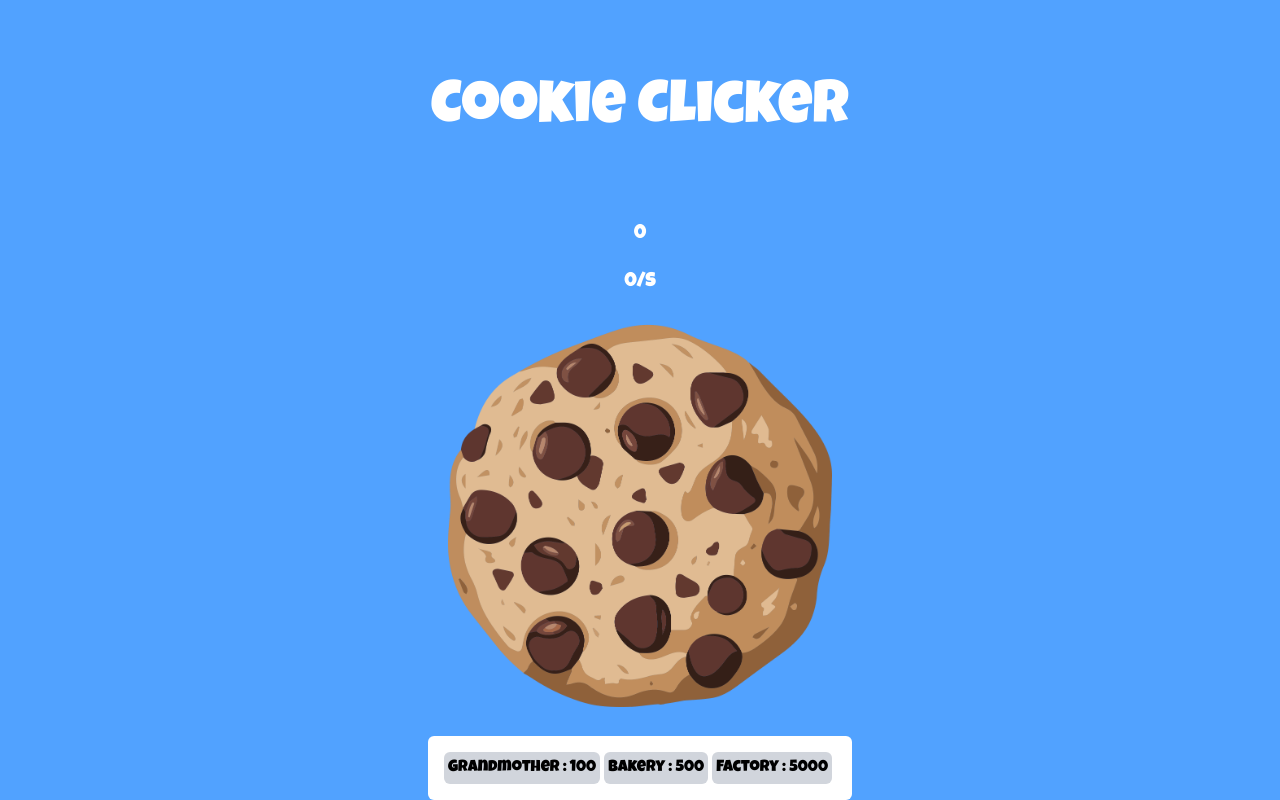
Repository: Cozmoss/cookie_clicker
Page: /
An editor plug-in stored every save of this project. The page is shown before and after a run of saves, followed by the edit.
The browser window is 1280 px wide. The pictures show the whole page.
The project was rebuilt for these pictures with package versions that can differ from the ones it lists, and the page was loaded fresh each time. Also part of the build but not shown: vite.config.js, src/App.css.

Above is the page before, as saved 2026-04-24 15:40:32.

After the next 4 saves:
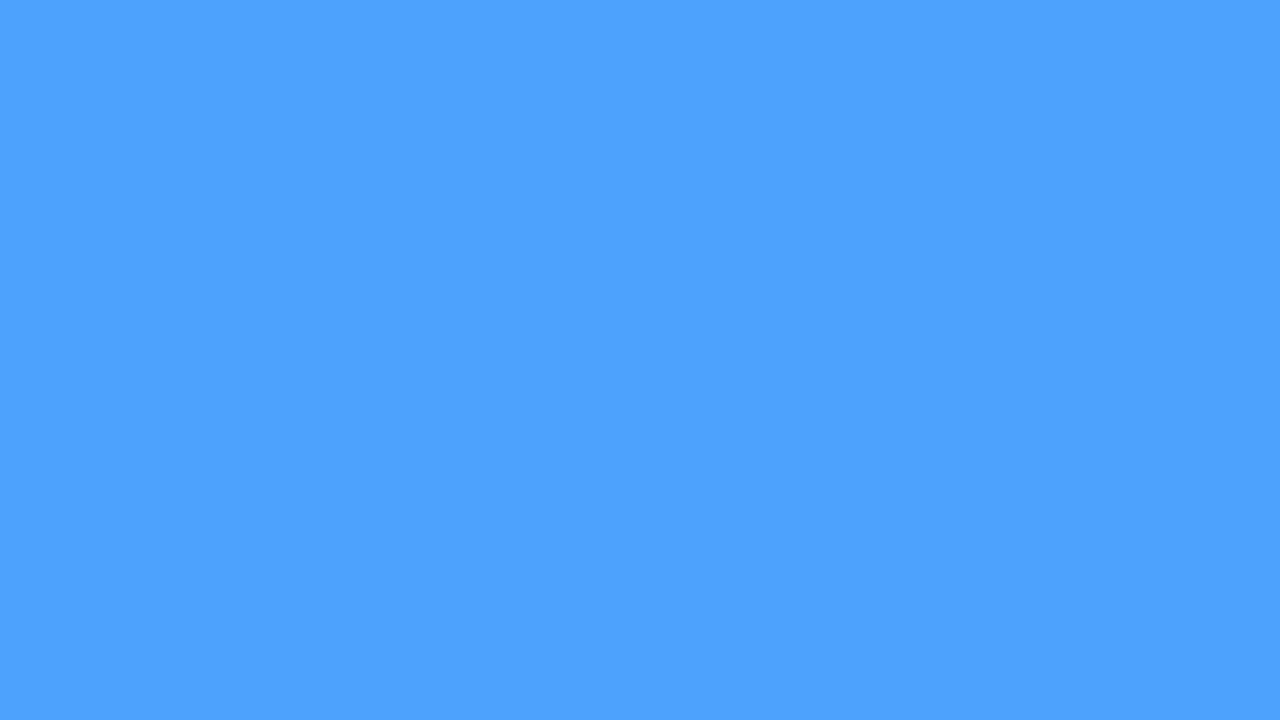
Console error: ReferenceError: useState is not defined
The 4 saves are shown as one change because 1 did not build or start and some came seconds apart.
The last was saved 2 min 23 s later.
--- a/src/components/Cookie.jsx
+++ b/src/components/Cookie.jsx
@@ -3,6 +3,7 @@
 
 function Cookie() {
     const { dispatch } = useGame();
+    const [isCliked, setIsCliked] = useState(false);
 	return (
 		<div>
 			<button className="cursor-pointer" onClick={() => dispatch({type: "CLICK_COOKIE"})}>

After the 3 saves that followed:
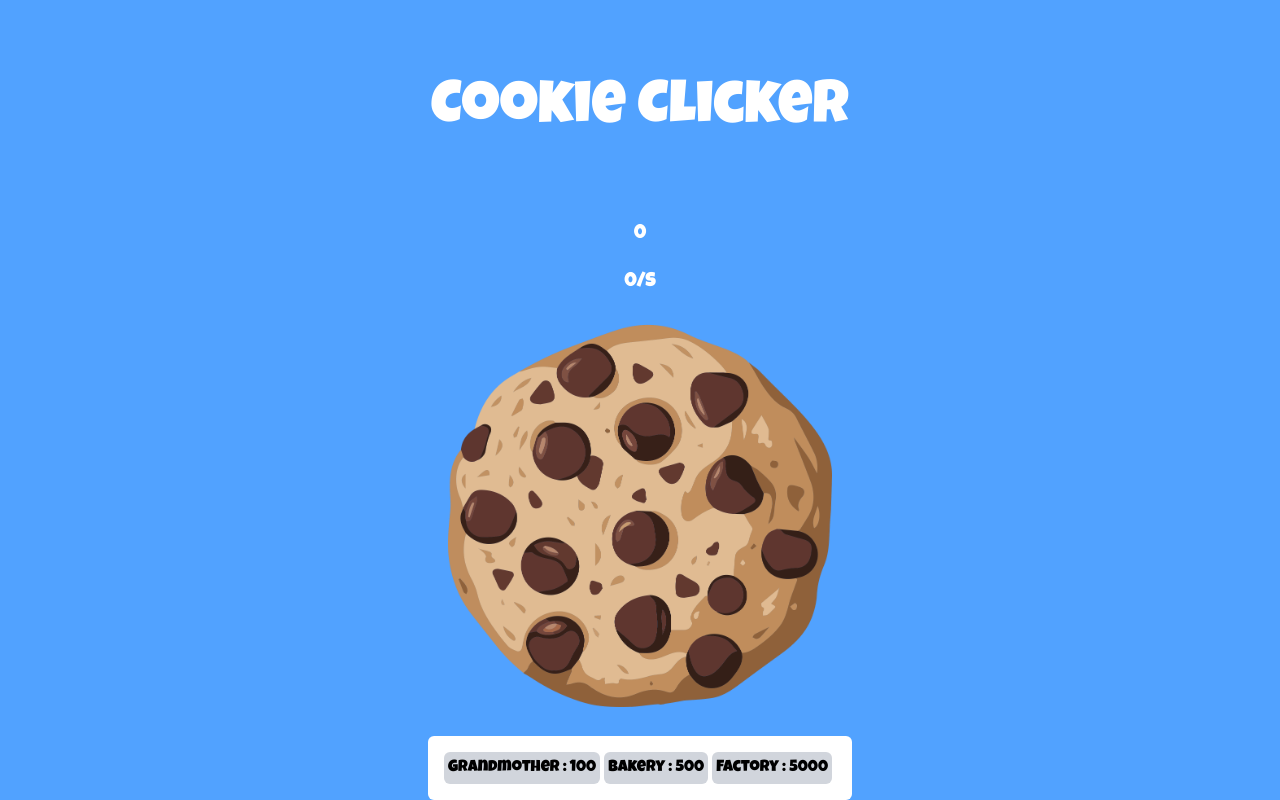
The error is gone.
The 3 saves are shown as one change because they came seconds apart.
The last was saved 10 s later.
--- a/src/components/Cookie.jsx
+++ b/src/components/Cookie.jsx
@@ -1,9 +1,12 @@
 import cookie from "../assets/cookie.png";
 import { useGame } from "../context/GameContext";
+import { useState } from "react";
 
 function Cookie() {
     const { dispatch } = useGame();
     const [isCliked, setIsCliked] = useState(false);
+
+
 	return (
 		<div>
 			<button className="cursor-pointer" onClick={() => dispatch({type: "CLICK_COOKIE"})}>
